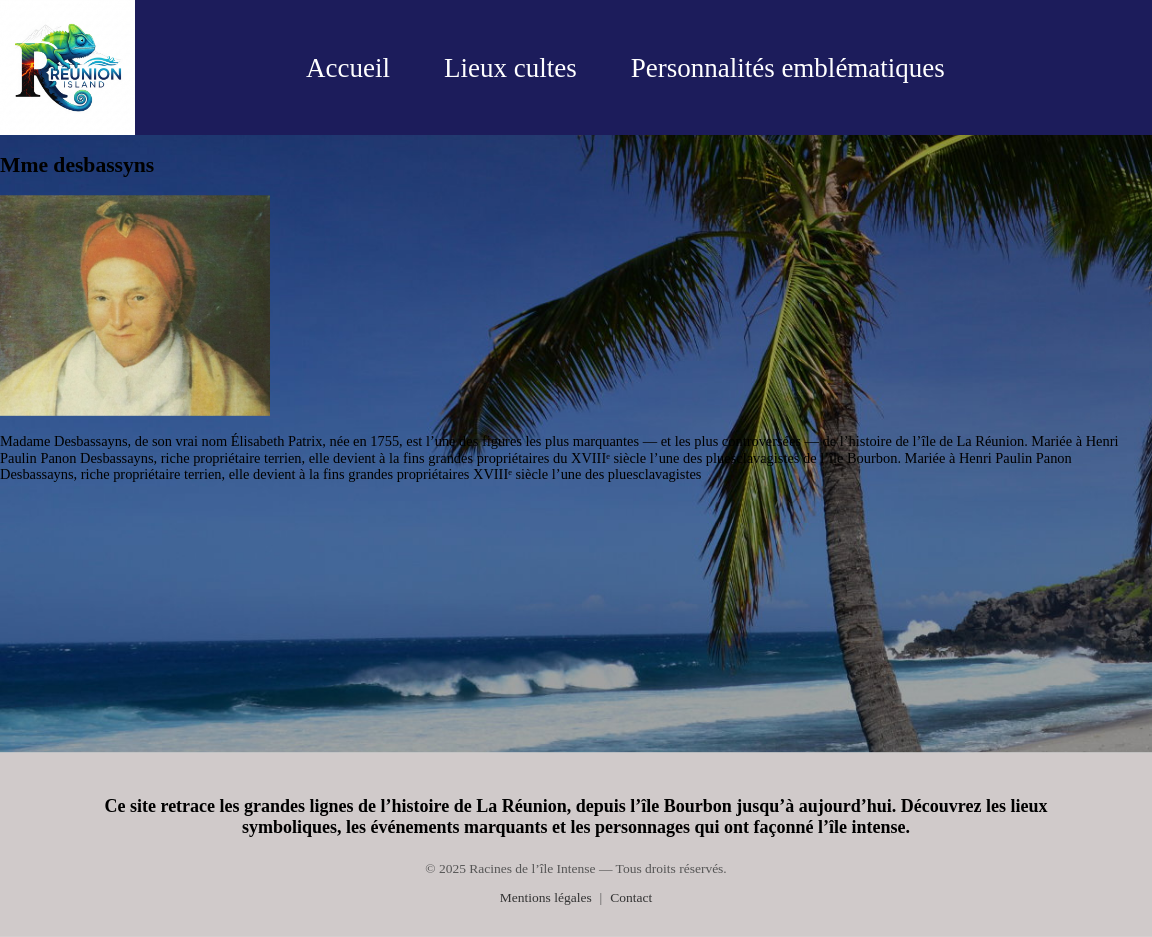
Repository: racinesintense974/Racines-de-lile-intense
Page: desbassayns.html
An editor plug-in stored every save of this project. The page is shown before and after the next save, followed by the edit.
The browser window is 1280 px wide. The pictures show the whole page, at 90% of full size.

Above is the page before, as saved 2026-02-19 16:37:47.

After the next save:
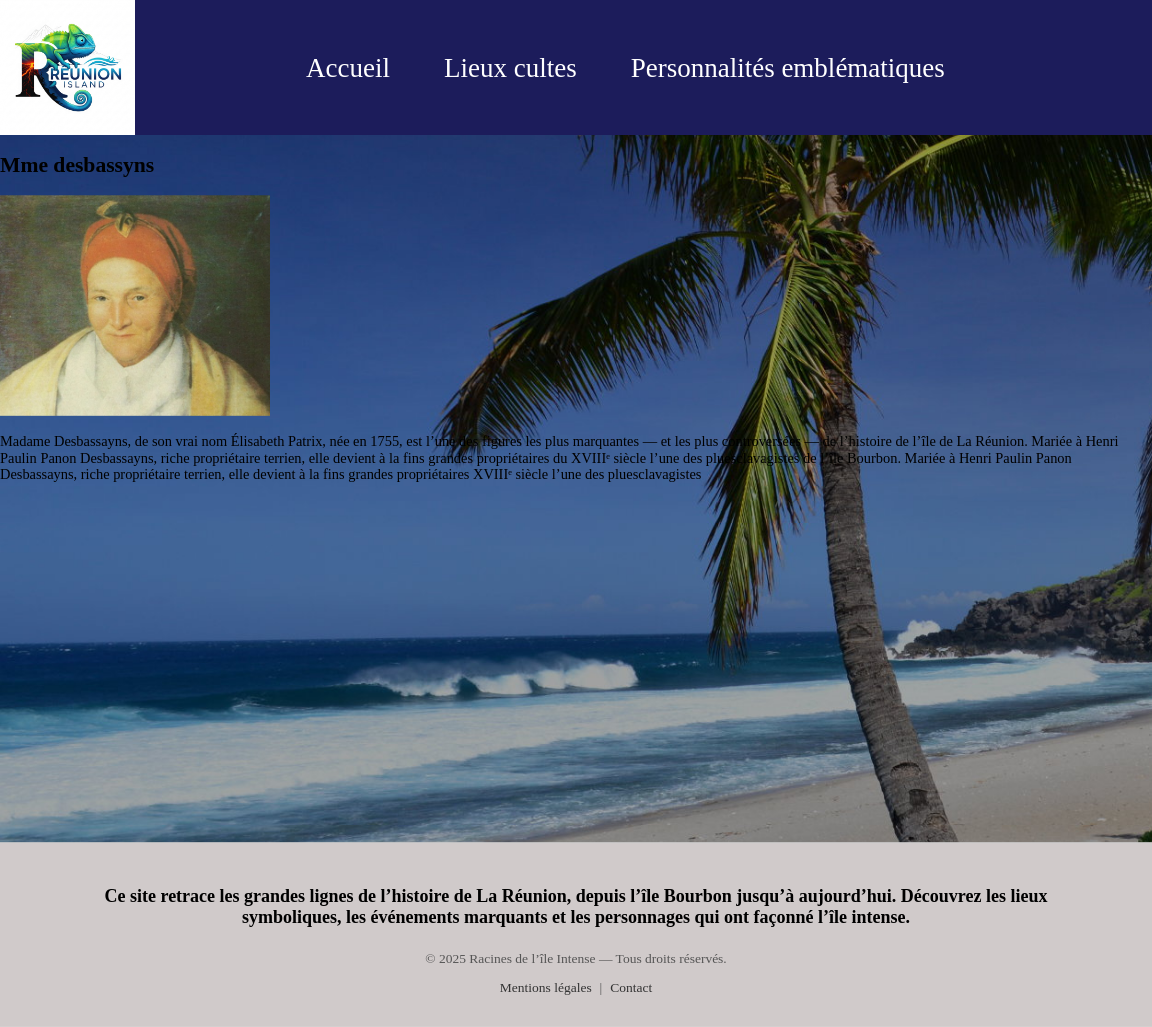
Saved 8 s later.
--- a/css/meow.css
+++ b/css/meow.css
@@ -87,7 +87,7 @@ html, body {
   font-size: 15px;
   color: #555;
   border-top: 1px solid #ccc;
-  margin-top: 300px;
+  margin-top: 400px;
    box-sizing: border-box;
 
 }
